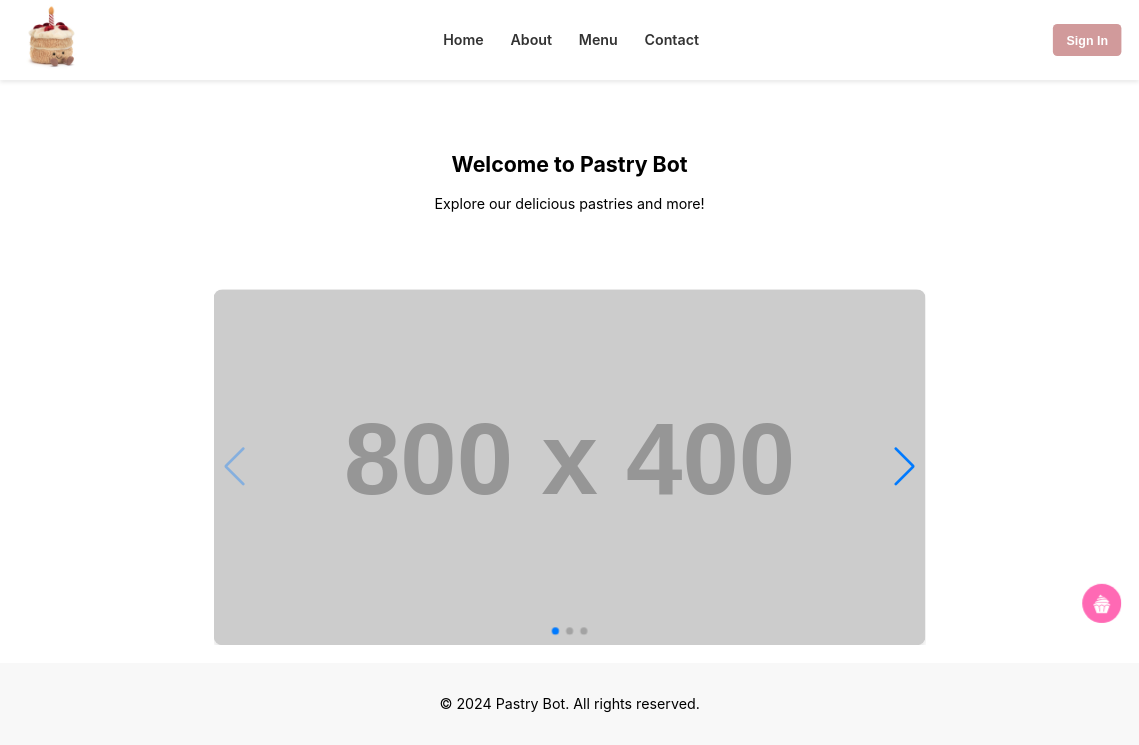
Repository: agrnerd17/Website-Chatbot
Page: / (app in pastry-chatbot/)
These files come from the project's save history. The page is drawn as it stood at one moment and after a run of saves; the edit follows.
The browser window is 1280 px wide. The pictures show the whole page, at 89% of full size.
The project was rebuilt for these pictures with package versions that can differ from the ones it lists, and the page was loaded fresh each time. Also part of the build but not shown: pastry-chatbot/src/components/Chatbot.js.

Above is the page before, as saved 2024-12-09 16:03:29.

### pastry-chatbot/src/App.js
import React, { useState } from "react";
import Chatbot from "./components/Chatbot";
import Navbar from "./components/Navbar";
import "./styles/Navbar.css";
import PastryBot from "./components/PastryBot";
import Homepage from "./components/Homepage";

function App() {
  const [isChatbotOpen, setIsChatbotOpen] = useState(false); // State to control chatbot visibility

  const toggleChatbot = () => {
    setIsChatbotOpen(!isChatbotOpen); // Toggle the chatbot visibility
  };

  return (
    <div className="App">
      {/* Navbar */}
      <Navbar />

      {/* Homepage as main content */}
      <main style={{ marginTop: "100px" }}>
        <Homepage />
      </main>

      {/* Conditionally render the Chatbot */}
      {isChatbotOpen && <Chatbot />}

      {/* Pastrybot UI */}
      <div
        style={{
          position: "fixed",
          bottom: "20px",
          right: "20px",
          zIndex: 1000,
        }}
      >
        <PastryBot />
      </div>
    </div>
  );
}

export default App;

### pastry-chatbot/src/components/Navbar.js
import React from "react";
import "../styles/Navbar.css"; // Make sure this path is correct
import logo from "../assets/pastry_bot_icon.jpg";

const Navbar = () => {
  return (
    <nav className="navbar">
      {/* Logo */}
      <div className="navbar-logo">
        <img src={logo} alt="Pastry Logo" />
      </div>

      {/* Menu */}
      <ul className="navbar-menu">
        <li>Home</li>
        <li>About</li>
        <li>Menu</li>
        <li>Contact</li>
      </ul>

      {/* Right Action (e.g., Sign In or Cart) */}
      <div className="navbar-right">
        <button className="navbar-button">Sign In</button>
        {/* Optional cart icon */}
        {/* <i className="fas fa-shopping-cart"></i> */}
      </div>
    </nav>
  );
};

export default Navbar;

### pastry-chatbot/src/styles/Navbar.css
.navbar {
    height: 90px;
    display: flex;
    justify-content: space-between;
    align-items: center;
    padding: 0px 20px;
    background-color: #ffffff;
    box-shadow: 0 2px 5px rgba(0, 0, 0, 0.1);
    position: fixed;
    width: 100%;
    top: 0;
    z-index: 1000;
    box-sizing: border-box;
    overflow: hidden;
  }

  /* Logo styling */
  .navbar-logo img {
    height: 80px;
    width: auto;
  }

  /* Menu styling */
  .navbar-menu {
    display: flex;
    gap: 30px;
    list-style: none;
    margin: 0;
    padding: 0;
  }

  .navbar-menu li {
    font-size: 16px;
    font-weight: 600;
    color: #333333;
    cursor: pointer;
    transition: color 0.3s;
  }

  .navbar-menu li:hover {
    color: #d19a9b; /* Light pink color */
  }

  /* Right action (e.g., button or icon) */
  .navbar-right {
    display: flex;
    align-items: center;
    gap: 20px;
  }

  .navbar-button {
    background-color: #d19a9b; /* Light pink color */
    color: #ffffff;
    border: none;
    padding: 10px 15px;
    border-radius: 5px;
    font-size: 14px;
    font-weight: 600;
    cursor: pointer;
    transition: background-color 0.3s;
    white-space: nowrap; /* Prevent text wrap */
  }

  .navbar-button:hover {
    background-color: #c08888; /* Slightly darker pink */
  }

  /* Media query for responsiveness */
  @media (max-width: 768px) {
    .navbar-menu {
      display: none; /* Hide menu on smaller screens */
    }

    .navbar-right {
      gap: 10px;
    }

    .navbar {
      padding: 10px 15px; /* Reduce padding on smaller screens */
    }
  }

  @media (max-width: 480px) {
    .navbar-button {
      font-size: 12px;
      padding: 8px 10px; /* Smaller button for small screens */
    }

    .navbar-logo img {
      height: 100px; /* Resize logo */
      width: auto;
      max-height: 150px;
    }
  }

### pastry-chatbot/src/components/PastryBot.js
import React, { useState, useEffect, useRef } from "react";
import {
  Box,
  Paper,
  TextField,
  IconButton,
  Typography,
  Avatar,
  Stack,
  Container
} from "@mui/material";
import { styled } from "@mui/system";
import { FiSend } from "react-icons/fi";
import { GiCupcake } from "react-icons/gi";
import { getChatbotResponse } from "../api/cohereAPI"; // Adjust the import if needed

// Styled components for layout
const ChatContainer = styled(Paper)(({ theme }) => ({
  position: "fixed",
  bottom: "20px", // Position it at the bottom right corner
  right: "20px", // Right corner of the screen
  width: "350px", // Adjust width for better fit
  maxWidth: "400px",
  height: "450px", // Adjust height if needed
  borderRadius: "16px",
  display: "flex",
  flexDirection: "column",
  boxShadow: "0 4px 20px rgba(0, 0, 0, 0.1)",
  backgroundColor: "#fff",
  zIndex: 999, // Ensure it floats on top of other content
}));

const MessageContainer = styled(Box)({
  flex: 1,
  overflowY: "auto",
  padding: "16px",
  display: "flex",
  flexDirection: "column",
  gap: "12px",
  maxHeight: "350px", // Ensure the chat area doesn't overflow
});

const InputContainer = styled(Box)({
  padding: "16px",
  borderTop: "1px solid rgba(0, 0, 0, 0.1)",
  display: "flex",
  gap: "8px",
  backgroundColor: "#fff",
  alignItems: "center",
});

const Header = styled(Box)({
  padding: "16px",
  backgroundColor: "#FF69B4", // Adjusted for a more vibrant look
  color: "white",
  display: "flex",
  alignItems: "center",
  gap: "12px",
});

const PastryBot = () => {
  const [messages, setMessages] = useState([]);
  const [input, setInput] = useState("");
  const [chatOpen, setChatOpen] = useState(false); // New state to toggle chat window visibility
  const messagesEndRef = useRef(null);

  const scrollToBottom = () => {
    messagesEndRef.current?.scrollIntoView({ behavior: "smooth" });
  };

  useEffect(() => {
    scrollToBottom();
  }, [messages]);

  const handleSend = async (e) => {
    e.preventDefault();
    if (!input.trim()) return;

    const newMessage = {
      text: input,
      sender: "user",
      time: new Date().toLocaleTimeString([], { hour: "2-digit", minute: "2-digit" })
    };

    setMessages((prev) => [...prev, newMessage]);
    setInput("");

    try {
      const response = await getChatbotResponse(input); // Call Cohere API to get the bot's response
      const botMessage = {
        text: response,
        sender: "bot",
        time: new Date().toLocaleTimeString([], { hour: "2-digit", minute: "2-digit" }),
      };
      setMessages((prev) => [...prev, botMessage]);
    } catch (error) {
      console.error("Error with Cohere API:", error);
    }
  };

  const toggleChat = () => {
    setChatOpen((prev) => !prev); // Toggle the chat window visibility
  };

  return (
    <Container sx={{ display: "flex", justifyContent: "center", p: 3 }}>
      {chatOpen ? (
        <ChatContainer>
          <Header>
            <Avatar sx={{ backgroundColor: "#FF1493" }}>
              <GiCupcake size={24} />
            </Avatar>
            <Typography variant="h6">Pastry Bot</Typography>
            <IconButton
              onClick={toggleChat} // Close the chat when clicked
              sx={{ ml: "auto", color: "white" }}
            >
              X
            </IconButton>
          </Header>

          <MessageContainer>
            {messages.map((message, index) => (
              <Stack
                key={index}
                direction="row"
                justifyContent={message.sender === "user" ? "flex-end" : "flex-start"}
                alignItems="center"
                spacing={1}
              >
                {message.sender === "bot" && (
                  <Avatar sx={{ bgcolor: "#FF69B4", width: 32, height: 32 }}>
                    <GiCupcake size={16} />
                  </Avatar>
                )}
                <Box>
                  <Typography
                    variant="body1"
                    sx={{
                      maxWidth: "280px",
                      padding: "8px 12px",
                      borderRadius: "16px",
                      backgroundColor: message.sender === "user" ? "#FF69B4" : "#f0f0f0",
                      color: message.sender === "user" ? "white" : "black",
                    }}
                  >
                    {message.text}
                  </Typography>
                  <Typography variant="caption" color="textSecondary" sx={{ pl: 1 }}>
                    {message.time}
                  </Typography>
                </Box>
              </Stack>
            ))}
            <div ref={messagesEndRef} />
          </MessageContainer>

          <InputContainer>
            <TextField
              fullWidth
              variant="outlined"
              placeholder="Type your message..."
              value={input}
              onChange={(e) => setInput(e.target.value)}
              onKeyPress={(e) => e.key === "Enter" && handleSend(e)}
              size="small"
            />
            <IconButton
              onClick={handleSend}
              color="primary"
              sx={{ backgroundColor: "#FF69B4", "&:hover": { backgroundColor: "#FF1493" } }}
            >
              <FiSend style={{ color: "white" }} />
            </IconButton>
          </InputContainer>
        </ChatContainer>
      ) : (
        <IconButton
          onClick={toggleChat} // Open the chat when clicked
          sx={{
            position: "fixed",
            bottom: "20px",
            right: "20px",
            backgroundColor: "#FF69B4",
            color: "white",
            borderRadius: "50%",
            padding: "10px",
            zIndex: 9999,
          }}
        >
          <GiCupcake size={24} />
        </IconButton>
      )}
    </Container>
  );
};

export default PastryBot;

### pastry-chatbot/src/components/Homepage.js
import React from 'react';
import { Swiper, SwiperSlide } from 'swiper/react';
import { Navigation, Pagination } from 'swiper/modules';
import 'swiper/css';
import 'swiper/css/navigation';
import 'swiper/css/pagination';

const Homepage = () => {
  const carouselStyle = {
    width: '100%',
    maxWidth: '800px',
    margin: '0 auto',
    padding: '20px 0',
  };

  const slideContainerStyle = {
    display: 'flex',
    justifyContent: 'center',
    alignItems: 'center',
    width: '100%',
  };

  const imageStyle = {
    maxWidth: '100%',
    maxHeight: '400px',
    objectFit: 'contain',
    borderRadius: '10px',
    boxShadow: '0 4px 6px rgba(0, 0, 0, 0.1)',
  };

  return (
    <div>
      {/* Hero Section */}
      <section style={{ textAlign: 'center', padding: '50px 20px' }}>
        <h1>Welcome to Pastry Bot</h1>
        <p>Explore our delicious pastries and more!</p>
      </section>

      {/* Image Carousel */}
      <section style={carouselStyle}>
        <Swiper
          modules={[Navigation, Pagination]}
          navigation
          pagination={{ clickable: true }}
          spaceBetween={20}
          slidesPerView={1}
        >
          {/* Placeholder Images */}
          <SwiperSlide style={slideContainerStyle}>
            <img
              src="https://via.placeholder.com/800x400.png?text=Pastry+1"
              alt="Pastry 1"
              style={imageStyle}
            />
          </SwiperSlide>
          <SwiperSlide style={slideContainerStyle}>
            <img
              src="https://via.placeholder.com/800x400.png?text=Pastry+2"
              alt="Pastry 2"
              style={imageStyle}
            />
          </SwiperSlide>
          <SwiperSlide style={slideContainerStyle}>
            <img
              src="https://via.placeholder.com/800x400.png?text=Pastry+3"
              alt="Pastry 3"
              style={imageStyle}
            />
          </SwiperSlide>
        </Swiper>
      </section>

      {/* Footer */}
      <footer style={{ textAlign: 'center', padding: '20px 0', background: '#f8f8f8' }}>
        <p>© 2024 Pastry Bot. All rights reserved.</p>
      </footer>
    </div>
  );
};

export default Homepage;

### pastry-chatbot/src/api/cohereAPI.js
import axios from "axios";

const COHERE_API_KEY = process.env.REACT_APP_COHERE_API_KEY; // Load API key from .env file

/**
 * Fetch chatbot response from Cohere's API
 * @param {string} prompt - User's input message
 * @returns {Promise<string>} - Chatbot's response
 */
export async function getChatbotResponse(prompt) {
  try {
    const response = await axios.post(
      "https://api.cohere.ai/v1/generate",
      {
        model: "command-xlarge-nightly",
        prompt: prompt,
        max_tokens: 100,
        temperature: 0.7,
      },
      {
        headers: {
          Authorization: `Bearer ${COHERE_API_KEY}`,
          "Content-Type": "application/json",
        },
      }
    );
    return response.data.generations[0].text.trim();
  } catch (error) {
    console.error("Error with Cohere API:", error.message);
    return "Oops! Something went wrong. Please try again.";
  }
}

Loaded but not shown: pastry-chatbot/public/index.html (common file); pastry-chatbot/src/index.js (common file); pastry-chatbot/src/index.css (common file); pastry-chatbot/src/reportWebVitals.js (common file)

After the next 3 saves:
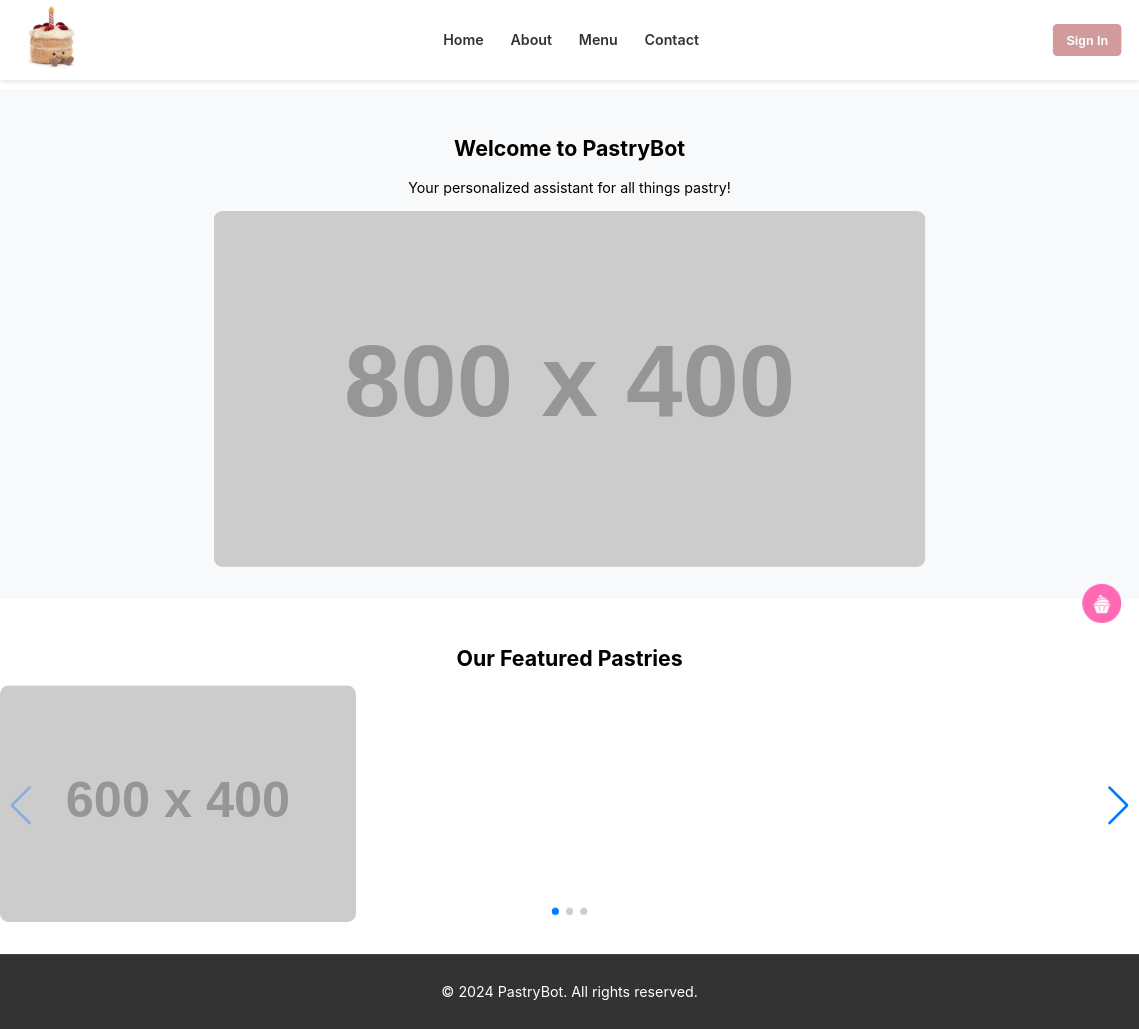
The 3 saves are shown as one change because 2 did not build or start.
The last was saved 21 min 47 s later.
--- a/pastry-chatbot/src/components/Homepage.js
+++ b/pastry-chatbot/src/components/Homepage.js
@@ -1,78 +1,62 @@
 import React from 'react';
-import { Swiper, SwiperSlide } from 'swiper/react';
-import { Navigation, Pagination } from 'swiper/modules';
-import 'swiper/css';
-import 'swiper/css/navigation';
-import 'swiper/css/pagination';
+import { Swiper, SwiperSlide } from "swiper/react";
+import { Navigation, Pagination, Autoplay } from "swiper/modules"; // Updated path for modules
+import "swiper/css";
+import "swiper/css/navigation";
+import "swiper/css/pagination";
+
 
 const Homepage = () => {
-  const carouselStyle = {
-    width: '100%',
-    maxWidth: '800px',
-    margin: '0 auto',
-    padding: '20px 0',
-  };
-
-  const slideContainerStyle = {
-    display: 'flex',
-    justifyContent: 'center',
-    alignItems: 'center',
-    width: '100%',
-  };
-
-  const imageStyle = {
-    maxWidth: '100%',
-    maxHeight: '400px',
-    objectFit: 'contain',
-    borderRadius: '10px',
-    boxShadow: '0 4px 6px rgba(0, 0, 0, 0.1)',
-  };
-
   return (
     <div>
       {/* Hero Section */}
-      <section style={{ textAlign: 'center', padding: '50px 20px' }}>
-        <h1>Welcome to Pastry Bot</h1>
-        <p>Explore our delicious pastries and more!</p>
+      <section style={{ textAlign: 'center', padding: '2rem 0', backgroundColor: '#f8f9fa' }}>
+        <h1>Welcome to PastryBot</h1>
+        <p>Your personalized assistant for all things pastry!</p>
+        <img
+          src="https://via.placeholder.com/800x400"
+          alt="Delicious Pastries"
+          style={{ width: '100%', maxWidth: '800px', borderRadius: '10px' }}
+        />
       </section>
 
-      {/* Image Carousel */}
-      <section style={carouselStyle}>
+      {/* Swiper Carousel Section */}
+      <section style={{ padding: '2rem 0', backgroundColor: '#fff' }}>
+        <h2 style={{ textAlign: 'center', marginBottom: '1rem' }}>Our Featured Pastries</h2>
         <Swiper
-          modules={[Navigation, Pagination]}
+          spaceBetween={30}
+          slidesPerView={1}
+          pagination={{ clickable: true }}
           navigation
-          pagination={{ clickable: true }}
-          spaceBetween={20}
-          slidesPerView={1}
+          modules={[Pagination, Navigation]} // Use modules
         >
-          {/* Placeholder Images */}
-          <SwiperSlide style={slideContainerStyle}>
+          <SwiperSlide>
             <img
-              src="https://via.placeholder.com/800x400.png?text=Pastry+1"
+              src="https://via.placeholder.com/600x400"
               alt="Pastry 1"
-              style={imageStyle}
+              style={{ width: '100%', maxWidth: '400px', height: 'auto', margin: '0 auto', borderRadius: '10px' }}
             />
           </SwiperSlide>
-          <SwiperSlide style={slideContainerStyle}>
+          <SwiperSlide>
             <img
-              src="https://via.placeholder.com/800x400.png?text=Pastry+2"
+              src="https://via.placeholder.com/600x400"
               alt="Pastry 2"
-              style={imageStyle}
+              style={{ width: '100%', maxWidth: '400px', height: 'auto', margin: '0 auto', borderRadius: '10px' }}
             />
           </SwiperSlide>
-          <SwiperSlide style={slideContainerStyle}>
+          <SwiperSlide>
             <img
-              src="https://via.placeholder.com/800x400.png?text=Pastry+3"
+              src="https://via.placeholder.com/600x400"
               alt="Pastry 3"
-              style={imageStyle}
+              style={{ width: '100%', maxWidth: '400px', height: 'auto', margin: '0 auto', borderRadius: '10px' }}
             />
           </SwiperSlide>
         </Swiper>
       </section>
 
       {/* Footer */}
-      <footer style={{ textAlign: 'center', padding: '20px 0', background: '#f8f8f8' }}>
-        <p>© 2024 Pastry Bot. All rights reserved.</p>
+      <footer style={{ backgroundColor: '#333', color: '#fff', padding: '1rem 0', textAlign: 'center' }}>
+        <p>&copy; 2024 PastryBot. All rights reserved.</p>
       </footer>
     </div>
   );
